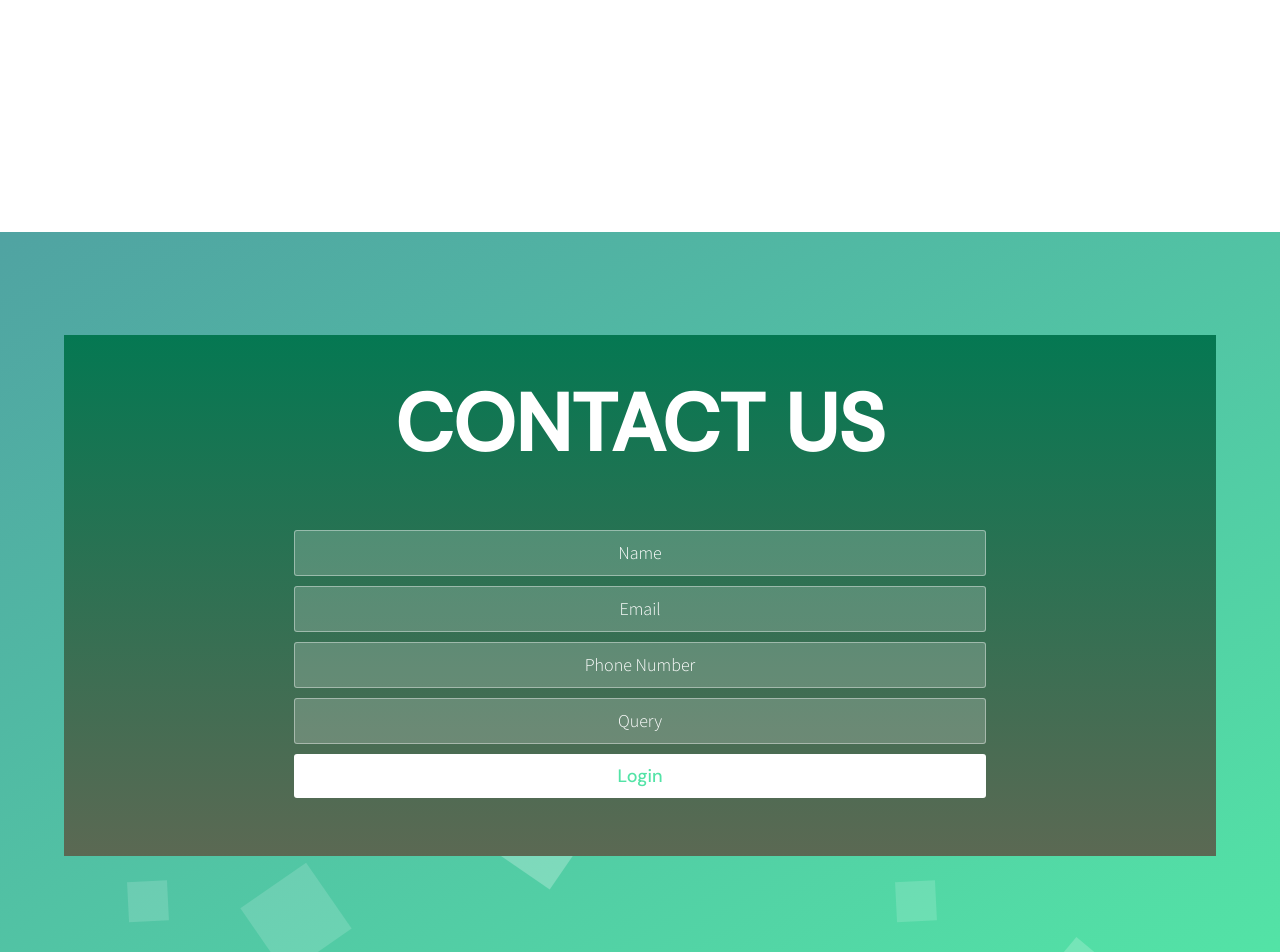
Repository: Jrap-bit/PeriodofSharing
Page: index.html
An editor plug-in stored every save of this project. The page is shown before and after the next save, followed by the edit.
The browser window is 1280 px wide. The pictures show the part of the page from y = 1325 to 2277 px (the page is 2277 px tall).

Above is the page before, as saved 2022-01-16 01:27:10.

### index.html
<!DOCTYPE html>
<html lang="en">
  <head>
    <meta charset="UTF-8" />
    <meta http-equiv="X-UA-Compatible" content="IE=edge" />
    <meta name="viewport" content="width=device-width, initial-scale=1.0" />
    <link rel="stylesheet" href="style.css" />
    <title>#PeriodofSharing</title>
  </head>
  <body>
    <nav>
      <div class="logo">
          <a href="#" class = "brand-title">Brand Name</a>
      </div>
      <ul>
          <li>
              <a href="#">Home</a>
          </li>
          <li>
              <a href="#">
              About
          </a>
          </li>
          <li>
              <a href="#">
              Contact
          </a>
          </li>
      </ul>
  </nav>
    <div id="Home" class="home">
      <h1>#PeriodofSharing</h1>
      <p>
        For every 30 Rupees that you donate, we will purchase one packet of sofy
        sanitary napkins that contain 8 pads. This packet of sanitary napkins
        will be distributed for free to girls in Govt. schools, slums,
        orphanages in the age group of 12 to 20.
      </p>
      <div>
        <a href="Donate.html"><button class="donate-button">Donate</button></a>
      </div>
    </div>
    <div id="About" class="about">
      <p>
        At any given time, girls across India cannot afford sanitary napkins.
        Instead they use cloth, grass, newspapers and other unhygienic materials
        that increase their risk of contracting infections. It is estimated that
        over 80% of all women in India do not have access to sanitary products
        during menstruation.
      </p>
      <p>
        Female menstruation is still considered a social taboo and as such, 9
        out of 10 girls are unaware of their menstrual cycles. The ones who are
        aware of it are not open to talking about it.
      </p>
      <p>
        Those who purchase their own sanitary products are all too familiar with
        their products being wrapped in paper to “shield” the public from any
        knowledge of the existence of a period.
      </p>
      <p>
        Our mission is to raise awareness on gender issues and bring it out in
        the open. Through our programs, we teach young girls that their
        menstrual cycles are natural, a sign of good reproductive health and is
        something they have in common with girls in countries worldwide!
        Furthermore, we hold sessions with the mothers of the girls to bring the
        topic of menstruation out into the open, allow them to ask questions and
        look at menstruation for the natural and healthy process it is.
      </p>
    </div>
    <div class="contact" id="Contact">
      <div class="wrapper">
        <div class="container">
          <form class="form">
            <h1 class="form-header">CONTACT US</h1>
            <input type="text" placeholder="Name" />
            <input type="text" placeholder="Email" />
            <input type="text" placeholder="Phone Number" />
            <input type="text" placeholder="Query" />
            <button type="submit" id="login-button">Login</button>
          </form>
        </div>
        <ul class="bg-bubbles">
          <li></li>
          <li></li>
          <li></li>
          <li></li>
          <li></li>
          <li></li>
          <li></li>
          <li></li>
          <li></li>
          <li></li>
      </ul>
      </div>
    </div>
  </body>
</html>

### style.css
@import url('https://fonts.googleapis.com/css2?family=DM+Sans:wght@500&display=swap');
@import url('https://fonts.googleapis.com/css2?family=Bebas+Neue&family=Lobster&family=Permanent+Marker&display=swap');
@import url('https://fonts.googleapis.com/css?family=Source+Sans+Pro:200,300');


* {
    box-sizing: border-box;
    font-family: 'DM Sans', sans-serif;
    font-weight: 300;
}

body {
    margin: 0;
    padding: 0;
    font-family: 'Source Sans Pro', sans-serif;
	 color: black;
	 font-weight: 300;
}

body ::-webkit-input-placeholder {
    font-family: 'Source Sans Pro', sans-serif;
    color: white;
    font-weight: 300;
}
body :-moz-placeholder {
    font-family: 'Source Sans Pro', sans-serif;
    color: white;
    opacity: 1;
    font-weight: 300;
}
body ::-moz-placeholder {
    font-family: 'Source Sans Pro', sans-serif;
    color: white;
    opacity: 1;
    font-weight: 300;
}
body :-ms-input-placeholder {
    font-family: 'Source Sans Pro', sans-serif;
    color: white;
    font-weight: 300;
}
.wrapper {
    background: #50a3a2;
    background: -webkit-linear-gradient(top left,#50a3a2 0%,#53e3a6 100%);
    background: -moz-linear-gradient(top left,#50a3a2 0%,#53e3a6 100%);
    background: -o-linear-gradient(top left,#50a3a2 0%,#53e3a6 100%);
    background: linear-gradient(to bottom right,#50a3a2 0%,#53e3a6 100%);
    position: absolute;
    left: 0;
    width: 100%;
    height: 100vh;
    overflow: hidden;
}
.wrapper.form-success .container h1 {
    transform: translateY(85px);
}
.container {
    max-width: 90%;
    margin: 8% auto;
    padding: 0px 0;
    height: 50%;
    text-align: center;
}

.form-header{
    font-family: 'DM Sans', sans-serif;
    color: #fff;
    margin-top: -20px;
    font-weight: 600;
    font-size: 5rem;
}

form {
    display:flexbox;
    justify-content: center;
    align-items: center;
    background: linear-gradient(rgba(1, 121, 91, 0.9), rgba(104, 104, 104, 0.8)), #286d00;
    padding: 5% 0;
    position: relative;
    z-index: 2;
}
form input {
    display: block;
    appearance: none;
    outline: 0;
    border: 1px solid rgba(255,255,255,0.4);
    background-color: rgba(255,255,255,0.2);
    width: 60%;
    border-radius: 3px;
    padding: 10px 15px;
    margin: 0 auto 10px auto;
    text-align: center;
    font-size: 18px;
    color: white;
    transition-duration: 0.25s;
    font-weight: 300;
}
form input:hover {
    background-color: rgba(255,255,255,0.4);
}
form input:focus {
    background-color: white;
    width: 80%;
    color: #53e3a6;
}
form button {
    appearance: none;
    outline: 0;
    background-color: white;
    border: 0;
    padding: 10px 15px;
    color: #53e3a6;
    border-radius: 3px;
    width: 60%;
    cursor: pointer;
    font-size: 18px;
    transition-duration: 0.25s;
}
form button:hover {
    background-color: #f5f7f9;
}

html{
    scroll-behavior: smooth;
}

.donate-button{
    appearance: none;
    outline: 0;
    background-color: white;
    border: 0;
    padding: 10px 15px;
    color: #53e3a6;
    border-radius: 3px;
    width: 250px;
    cursor: pointer;
    font-size: 18px;
    transition-duration: 0.25s;
}
.donate-button:hover{
    background-color: #f5f7f9;
}

.brand-title{
    font-family: 'Lobster', cursive;
    font-size: 3rem;
    margin: 10px 50px;
    margin-bottom: 15px;
    margin-left: 2%;

}

nav a{
    text-decoration: none;
    color: white;
}
nav a::after{
    text-decoration: none;
}

nav {
    padding-left: 100px;
    padding-right: 100px;
}

nav,
nav ul {
    display: flex;
    justify-content: space-around;
    align-items: center;
    width: 100%;
}

nav {
    background-color: #283646;
    height: 80px;
}

nav ul li {
    font-size: 1.3rem;
    font-family: 'Montserrat', sans-serif;
    list-style-type: none;
}

nav ul li a {
    text-decoration: none;
    color: white;
}

nav ul li a:hover {
    color: yellowgreen;
}

@media only screen and (max-width: 768px) {
    nav {
        padding: unset !important
    }
}

@media only screen and (max-width: 576px) {
    nav,
    nav ul {
        height: auto;
        display: flex;
        flex-flow: column wrap;
    }
    nav ul li {
        width: 100%;
    }
    nav ul li a {
        width: 100%;
        display: flex;
        align-items: center;
        justify-content: center;
        width: 100%;
        height: 50px;
    }
    nav ul li a:hover {
        color: white;
        background-color: yellowgreen;
    }
}


.about{
    height: 100vh;

}

.home{
    height: 100vh;
    background: url("https://csrbox.org/full_stories_img/1528786858Sanitary%20Pad%20Donation%20(8).JPG");
    filter: brightness(40%)
}

.bg-bubbles {
    position: absolute;
    top: 0;
    left: 0;
    width: 100%;
    height: 100%;
    z-index: 1;
}
.bg-bubbles li {
    position: absolute;
    list-style: none;
    display: block;
    width: 40px;
    height: 40px;
    background-color: rgba(255,255,255,0.15);
    bottom: -160px;
    -webkit-animation: square 25s infinite;
    animation: square 25s infinite;
    -webkit-transition-timing-function: linear;
    transition-timing-function: linear;
}
.bg-bubbles li:nth-child(1) {
    left: 10%;
}
.bg-bubbles li:nth-child(2) {
    left: 20%;
    width: 80px;
    height: 80px;
    animation-delay: 2s;
    animation-duration: 17s;
}
.bg-bubbles li:nth-child(3) {
    left: 25%;
    animation-delay: 4s;
}
.bg-bubbles li:nth-child(4) {
    left: 40%;
    width: 60px;
    height: 60px;
    animation-duration: 22s;
    background-color: rgba(255,255,255,0.25);
}
.bg-bubbles li:nth-child(5) {
    left: 70%;
}
.bg-bubbles li:nth-child(6) {
    left: 80%;
    width: 120px;
    height: 120px;
    animation-delay: 3s;
    background-color: rgba(255,255,255,0.2);
}
.bg-bubbles li:nth-child(7) {
    left: 32%;
    width: 160px;
    height: 160px;
    animation-delay: 7s;
}
.bg-bubbles li:nth-child(8) {
    left: 55%;
    width: 20px;
    height: 20px;
    animation-delay: 15s;
    animation-duration: 40s;
}
.bg-bubbles li:nth-child(9) {
    left: 25%;
    width: 10px;
    height: 10px;
    animation-delay: 2s;
    animation-duration: 40s;
    background-color: rgba(255,255,255,0.3);
}
.bg-bubbles li:nth-child(10) {
    left: 90%;
    width: 160px;
    height: 160px;
    animation-delay: 11s;
}
@-webkit-keyframes square {
    0% {
        transform: translateY(0);
   }
    100% {
        transform: translateY(-700px) rotate(600deg);
   }
}
@keyframes square {
    0% {
        transform: translateY(0);
   }
    100% {
        transform: translateY(-700px) rotate(600deg);
   }
}

After the next save:
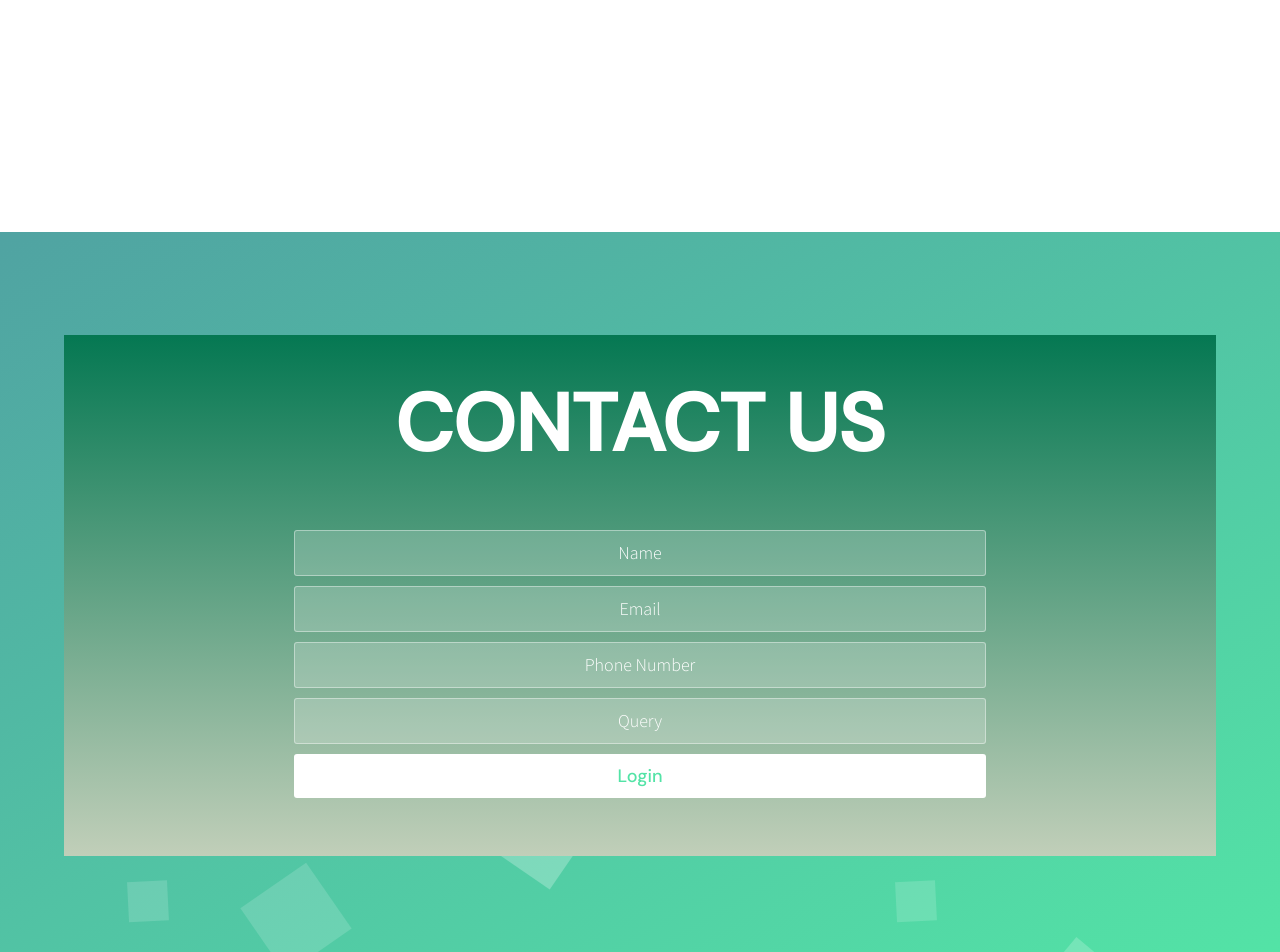
Saved 12 s later.
--- a/style.css
+++ b/style.css
@@ -74,7 +74,7 @@ form {
     display:flexbox;
     justify-content: center;
     align-items: center;
-    background: linear-gradient(rgba(1, 121, 91, 0.9), rgba(104, 104, 104, 0.8)), #286d00;
+    background: linear-gradient(rgba(1, 121, 91, 0.9), rgba(231, 231, 231, 0.8)), #286d00;
     padding: 5% 0;
     position: relative;
     z-index: 2;
